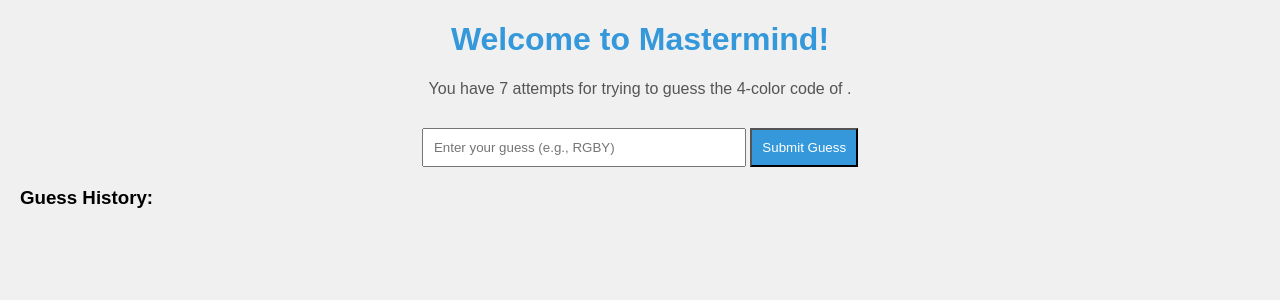
Repository: cheasopheaknita/Mastermind_Game
Page: http://localhost/
An editor plug-in stored every save of this project. The page is shown before and after the next save, followed by the edit.
The browser window is 1280 px wide. The pictures show the whole page.
The page is served by the project's application, run on Flask 3 (mastermind_project/app.py).

Above is the page before, as saved 2024-02-06 02:19:23.

### mastermind_project/templates/mastermind_game.html
<!-- mastermind_game.html -->
<!DOCTYPE html>
<html lang="en">
<head>
    <meta charset="UTF-8">
    <meta name="viewport" content="width=device-width, initial-scale=1.0">
    <title>Mastermind Game</title>
    <style>
        body {
            font-family: 'Arial', sans-serif;
            background-color: #f0f0f0;
            text-align: center;
            margin: 20px;
        }

        h1 {
            color: #3498db;
        }

        p {
            color: #555;
        }

        #result {
            margin-top: 20px;
            font-weight: bold;
            color: #27ae60;
        }

        #userGuess {
            padding: 10px;
            margin-top: 10px;
            width: 300px; /* Adjust the width as needed */
        }

        button {
            padding: 10px;
            background-color: #3498db;
            color: #fff;
            cursor: pointer;
        }

        #history {
            margin-top: 20px;
            text-align: left;
        }

        #guessHistory li {
            margin-bottom: 5px;
            padding: 8px;
            border-radius: 5px;
        }

        .correct {
            background-color: #2ecc71; /* Green for correct guesses */
            color: #fff;
        }

        .incorrect {
            background-color: #e74c3c; /* Red for incorrect guesses */
            color: #fff;
        }

        #gameOverMessage {
            margin-top: 20px;
            font-weight: bold;
            color: #e74c3c;
        }
    </style>
</head>
<body>
    <h1>Welcome to Mastermind!</h1>
    <p>You have 7 attempts for trying to guess the 4-color code of .</p>

    <div id="result"></div>

    <input type="text" id="userGuess" placeholder="Enter your guess (e.g., RGBY)" size="30">
    <button onclick="submitGuess()" id="guessButton">Submit Guess</button>

    <div id="history">
        <h3>Guess History:</h3>
        <ul id="guessHistory"></ul>
    </div>

    <div id="gameOverMessage"></div>

    <script>
        var remainingGuesses = 7;

        function submitGuess() {
            if (remainingGuesses > 0) {
                var userGuess = document.getElementById("userGuess").value;

                fetch('/submit_guess', {
                    method: 'POST',
                    headers: {
                        'Content-Type': 'application/json',
                    },
                    body: JSON.stringify({ guess: userGuess }),
                })
                .then(response => response.json())
                .then(data => {
                    // Handle the response from Flask
                    document.getElementById("result").innerText = data.result || data.error;
                    updateGuessHistory(userGuess, data.result || data.error);

                    remainingGuesses--;
                    updateRemainingGuesses();

                    if (remainingGuesses === 0) {
                        disableGuessInput();
                        displayGameOverMessage();
                    }
                })
                .catch(error => {
                    console.error('Error:', error);
                });
            }
        }

        function updateGuessHistory(guess, result) {
            var historyList = document.getElementById("guessHistory");
            var listItem = document.createElement("li");
            listItem.appendChild(document.createTextNode(`Guess: ${guess} - Result: ${result}`));

            // Add a class based on the result for styling
            listItem.classList.add(result === '4 correct color and position' ? 'correct' : 'incorrect');

            historyList.appendChild(listItem);
        }

        function updateRemainingGuesses() {
            document.getElementById("remainingGuesses").innerText = `Remaining Guesses: ${remainingGuesses}`;
        }

        function disableGuessInput() {
            document.getElementById("userGuess").disabled = true;
            document.getElementById("guessButton").disabled = true;
        }

        function displayGameOverMessage() {
            document.getElementById("gameOverMessage").innerText = "Game Over! You've used all 7 attempts.";
        }
    </script>
</body>
</html>

### mastermind_project/app.py
# app.py
from flask import Flask, render_template, request, jsonify
import random

app = Flask(__name__)

def generate_secret_code():
    colors = ['R', 'G', 'B', 'Y', 'O', 'P']
    return [random.choice(colors) for _ in range(4)]

def evaluate_guess(secret_code, guess):
    correct_color_and_position = sum(s == g for s, g in zip(secret_code, guess))
    correct_color_only = sum(min(secret_code.count(c), guess.count(c)) for c in set(secret_code)) - correct_color_and_position
    return correct_color_and_position, correct_color_only

secret_code = generate_secret_code()
remaining_attempts = 7

@app.route('/')
def index():
    return render_template('mastermind_game.html', secret_code=secret_code)

@app.route('/submit_guess', methods=['POST'])
def submit_guess():
    global remaining_attempts

    if remaining_attempts == 0:
        return jsonify({'error': "Game Over! You've used all 7 attempts."})

    user_guess = request.json.get('guess')

    # Validate the guess here if needed
    if len(user_guess) != 4 or not all(color in 'RGBYOP' for color in user_guess):
        return jsonify({'error': 'Invalid input. Please enter a 4-color code using the letters R, G, B, Y, O, P.'})

    correct_color_and_position, correct_color_only = evaluate_guess(secret_code, user_guess)

    if correct_color_and_position == 4:
        result_message = f"Congratulations! You've guessed the code {secret_code}."
    else:
        result_message = f"Correct color and position: {correct_color_and_position}, Correct color only: {correct_color_only}."

    remaining_attempts -= 1

    if remaining_attempts == 0:
        result_message = "Game Over! You've used all 7 attempts."

    return jsonify({'result': result_message, 'remaining_attempts': remaining_attempts})

if __name__ == '__main__':
    app.run(debug=True)

After the next save:
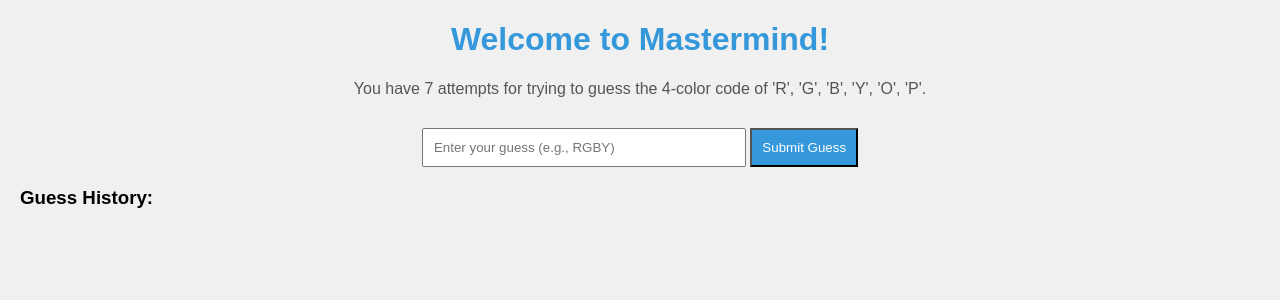
Saved 15 s later.
--- a/mastermind_project/templates/mastermind_game.html
+++ b/mastermind_project/templates/mastermind_game.html
@@ -70,7 +70,7 @@
 </head>
 <body>
     <h1>Welcome to Mastermind!</h1>
-    <p>You have 7 attempts for trying to guess the 4-color code of .</p>
+    <p>You have 7 attempts for trying to guess the 4-color code of 'R', 'G', 'B', 'Y', 'O', 'P'.</p>
 
     <div id="result"></div>
 
